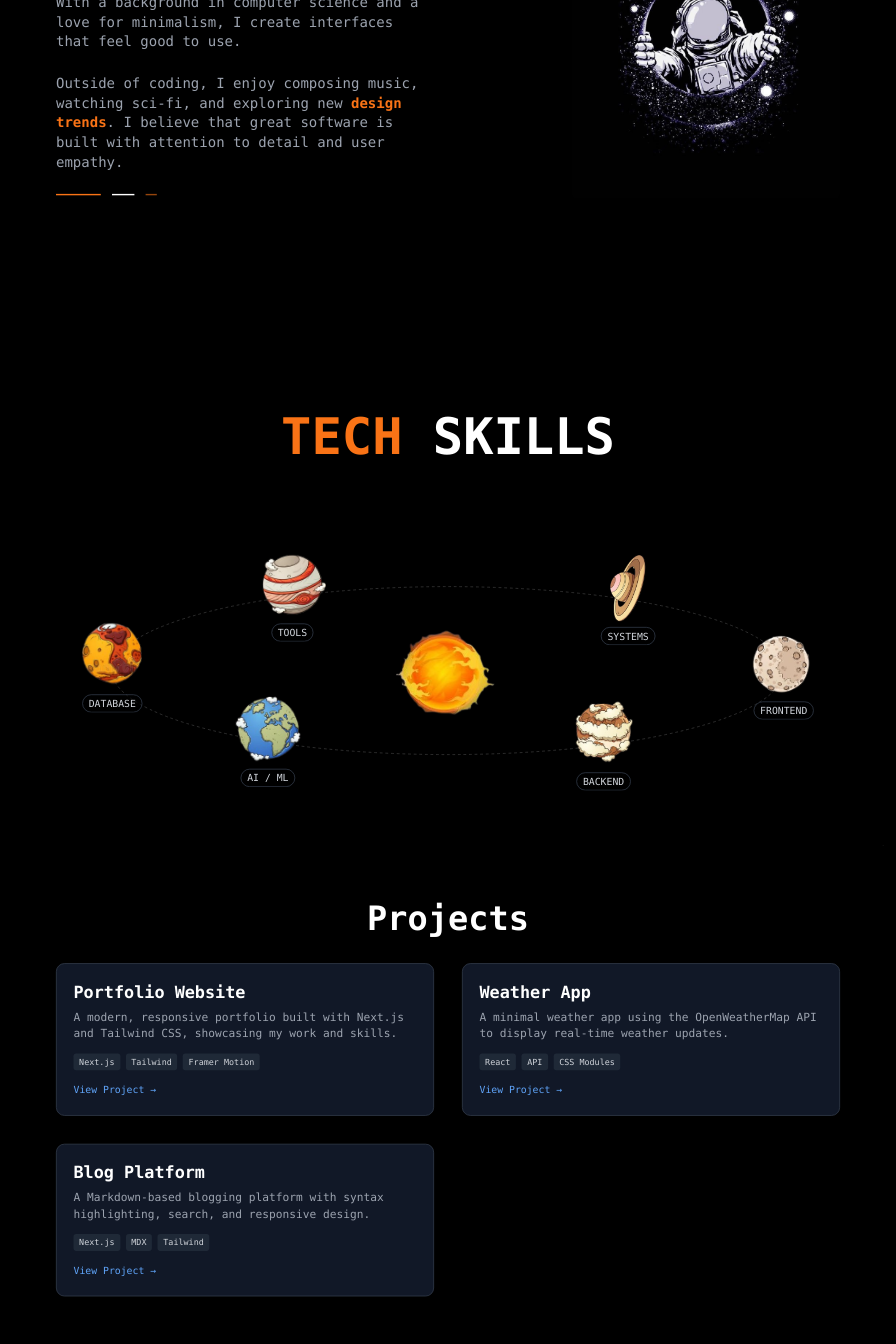
Repository: AnupriyaBiswas/Portfolio
Page: /
An editor plug-in stored every save of this project. The page is shown before and after the next save, followed by the edit.
The browser window is 1280 px wide. The pictures show the part of the page from y = 1060 to 2980 px (the page is 4432 px tall), at 70% of full size.
The project was rebuilt for these pictures with package versions that can differ from the ones it lists, and the page was loaded fresh each time. Some packages were replaced by stand-ins written for this rebuild. The framework's server and built-in components were replaced by stand-ins that run in the browser. Also part of the build but not shown: next.config.js.

Above is the page before, as saved 2025-07-15 20:48:29.

After the next save:
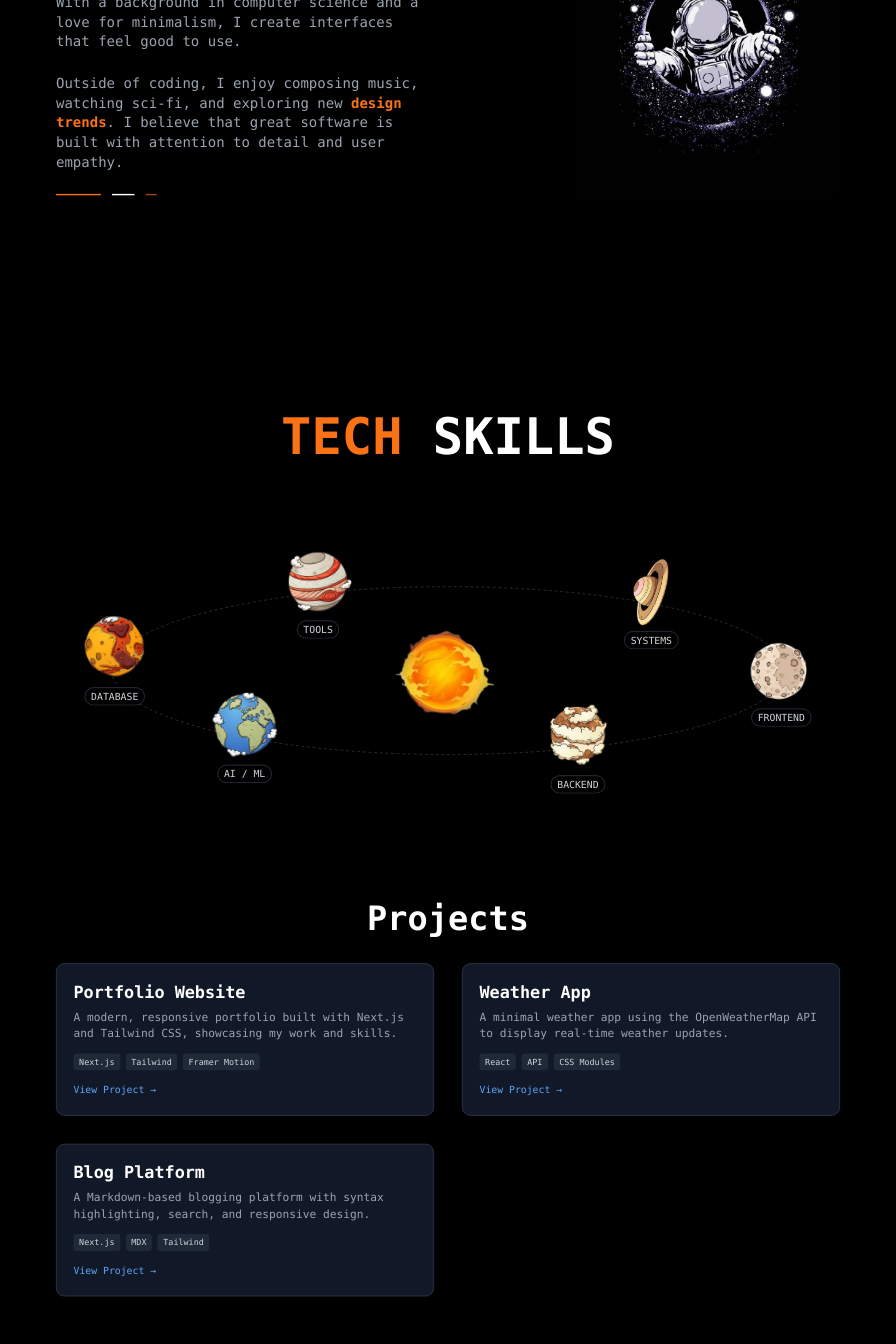
Saved 75 s later.
--- a/components/Skills.jsx
+++ b/components/Skills.jsx
@@ -33,7 +33,7 @@ const Skills = () => {
 
   useEffect(() => {
     const interval = setInterval(() => {
-      setRotation((prev) => prev + 0.02);
+      setRotation((prev) => prev + 0.06);
     }, 50);
     return () => clearInterval(interval);
   }, []);
